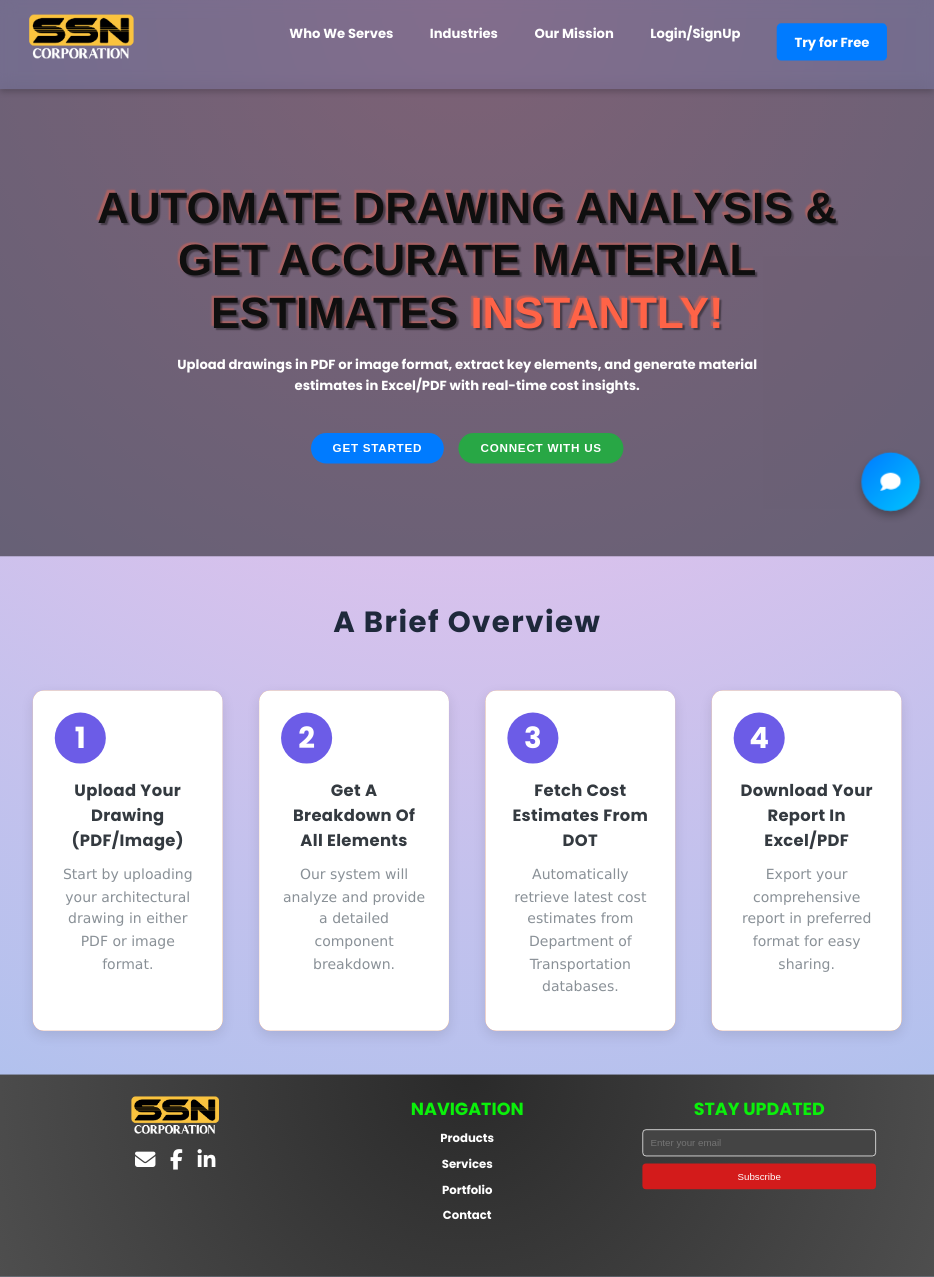
Repository: aabhashbasnet/SSNCorporation
Page: /
These files come from the project's save history. The page is drawn as it stood at one moment and after the next save; the edit follows.
The browser window is 1280 px wide. The pictures show the whole page, at 73% of full size.
The project was rebuilt for these pictures with package versions that can differ from the ones it lists, and the page was loaded fresh each time. Also part of the build but not shown: src/pages/OurMission/OurMission.jsx, src/pages/LoginSignUp/LoginSignUp.css, src/pages/LoginSignUp/LoginSignUp.jsx, src/pages/Industries/Industries.jsx, src/pages/Industries/Landscaping.jsx, src/pages/Industries/Paving.jsx, src/pages/Industries/GeneralConstruction.jsx, src/pages/Industries/FacilitiesMaintenance.jsx and 10 more.

Above is the page before, as saved 2025-02-11 15:09:28.

### src/index.css
/* index.css or App.css */
body {
  margin: 0;
  padding: 0;
  font-family: 'Poppins', sans-serif; /* Optional: Add modern typography */
  /* background: linear-gradient(to bottom, #0a192f, #162447); */
  /* background: linear-gradient(to bottom, #0a192f, #004aad); */
  /* background: radial-gradient(circle at top, #00c6ff, #0072ff, #0a192f);
  background: radial-gradient(circle at top, #ff7e5f, #feb47b, #f4f4f4);
  background: radial-gradient(circle at top, #6a11cb, #2575fc);
  background: radial-gradient(circle at top, #ff416c, #ff4b2b); */
  background: radial-gradient(circle at top, #fbc2eb, #a6c1ee);
  /* color: white; Ensures text is readable */
  min-height: 100vh;
}

### src/App.css
.app-container {
  min-height: 100vh;
  display: flex;
  flex-direction: column;
  background-size: cover;
  background-position: center;
}

### src/components/Main/Main.jsx
import React, { useEffect } from "react";
import { useNavigate } from "react-router-dom";
import "./Main.css";

const Main = () => {
  const navigate = useNavigate();

  const handleGetStartedClick = () => {
    // Open the GetStarted component in a new tab
    const newTab = window.open("", "_blank");
    newTab.location.href = "/get-started";
  };

  useEffect(() => {
    // Adding animation to fade in the content
    const content = document.querySelector(".main-content");
    content.classList.add("fade-in");
  }, []);

  return (
    <div className="main-container">
      <div className="background-image">
        <div className="main-content">
          <h1 className="headline">
            Automate Drawing Analysis & Get Accurate Material Estimates{" "}
            <span className="instant">Instantly!</span>
          </h1>
          <p className="description">
            Upload drawings in PDF or image format, extract key elements, and generate material estimates in Excel/PDF with real-time cost insights.
          </p>

          <div className="button-container">
            <button className="button primary" onClick={handleGetStartedClick}>
              Get Started
            </button>
            <button className="button connect">Connect with Us</button>
          </div>
        </div>
      </div>
    </div>
  );
};

export default Main;

### src/components/Working/Working.jsx
import React from 'react';
import './Working.css';


const Working = () => {
  const steps = [
    {
      number: '1',
      title: 'Upload your drawing (PDF/Image)',
      description: 'Start by uploading your architectural drawing in either PDF or image format.'
    },
    {
      number: '2',
      title: 'Get a breakdown of all elements',
      description: 'Our system will analyze and provide a detailed component breakdown.'
    },
    {
      number: '3',
      title: 'Fetch cost estimates from DOT',
      description: 'Automatically retrieve latest cost estimates from Department of Transportation databases.'
    },
    {
      number: '4',
      title: 'Download your report in Excel/PDF',
      description: 'Export your comprehensive report in preferred format for easy sharing.'
    }
  ];

  return (
    <div className="how-it-works-container">
      <h2 className="section-title">A Brief Overview</h2>
      <div className="steps-container">
        {steps.map((step, index) => (
          <div key={index} className="step-card">
            <div className="step-icon">{step.number}</div>
            <h3 className="step-title">{step.title}</h3>
            <p className="step-description">{step.description}</p>
          </div>
        ))}
      </div>
    </div>
  );
};

export default Working;

### src/components/Footer/Footer.jsx
import React from 'react';
import './Footer.css';
import logo from '../../assets/logo.png';

const Footer = () => {
  return (
    <footer className="footer">
      <div className="footer-content"> {/* Container for better layout control */}
        <div className="footer-section">
          <img src={logo} alt="Company Logo" className="logo" />
          <div className="social-links">
            <a href="mailto:info@ssnbuilders.com" aria-label="Email">
              <i className="fas fa-envelope social-icon"></i>
            </a>
            <a href="https://www.facebook.com" aria-label="Facebook" target="_blank" rel="noopener noreferrer">
              <i className="fab fa-facebook-f social-icon"></i>
            </a>
            <a href="https://www.linkedin.com" aria-label="LinkedIn" target="_blank" rel="noopener noreferrer">
              <i className="fab fa-linkedin-in social-icon"></i>
            </a>
          </div>
        </div>

        <div className="footer-section">
          <h4>Navigation</h4>
          <nav>
            <ul className="footer-nav">
              <li><a href="/products">Products</a></li>
              <li><a href="/services">Services</a></li>
              <li><a href="/portfolio">Portfolio</a></li>
              <li><a href="/contact">Contact</a></li>
            </ul>
          </nav>
        </div>

        <div className="footer-section">
          <h4>Stay Updated</h4>
          <div className="newsletter">
            <input
              type="email"
              placeholder="Enter your email"
              className="email-input"
              aria-label="Email for newsletter"
            />
            <button className="subscribe-button">Subscribe</button>
          </div>
        </div>
      </div> {/* Close footer-content */}
    </footer>
  );
}

export default Footer;

### src/components/Main/Main.css
/* Main content styling */
.main-content {
  padding: 50px 20px;
  text-align: center;
  min-height: calc(100vh - 80px);
  display: flex;
  flex-direction: column;
  justify-content: center;
  align-items: center;
  position: relative;
  z-index: 1;
}

/* Gradient overlay */
.main-content:before {
  content: '';
  position: absolute;
  top: 0;
  left: 0;
  right: 0;
  bottom: 0;
  background: rgba(0, 0, 0, 0.5); /* Dark gradient for readability */

  z-index: -1;
}

/* Headline styling with animated underline */
.headline {
  font-family: 'Helvetica', sans-serif;
  font-size: 60px;
  font-weight: bold;
  color: #0f0f0f;
  margin-bottom: 20px;
  line-height: 1.2;
  text-transform: uppercase;
  display: inline-block;
  position: relative;
  max-width: 90%;
  text-shadow: 2px 2px 6px rgba(0, 0, 0, 0.3), 0 0 25px rgba(255, 99, 71, 0.5);
  text-shadow: 3px 3px 2px rgba(0, 0, 0, 0.4), -3px -3px 2px rgba(255, 99, 71, 0.4);


}

.headline .instant {
  color: #ff6347; /* Tomato color */
}

/* Underline animation effect */
.headline:after {
  content: '';
  position: absolute;
  left: 0;
  bottom: -5px;
  width: 0;
  height: 3px;
  background: #ff6347;
  transition: width 0.3s ease;
}

.headline:hover:after {
  width: 100%;
}

/* Description styling */
.description {
  font-size: 18px;
  font-weight: bold;
  color: white;
  max-width: 800px;
  margin: 0 auto;
  line-height: 1.6;
  margin-bottom: 30px;
}

/* Button container styling */
.button-container {
  display: flex;
  gap: 20px;
  justify-content: center;
  margin-top: 20px;
  flex-wrap: wrap;
  align-items: center;
}

/* Button base styling */
.button {
  padding: 12px 30px;
  font-size: 16px;
  font-weight: bold;
  border: none;
  border-radius: 25px;
  cursor: pointer;
  transition: all 0.3s ease;
  display: inline-block;
  text-transform: uppercase;
  letter-spacing: 1px;
}

/* Default button styling */
.button:hover {
  transform: translateY(-5px);
}

/* "Get Started" button styling */
.button.primary {
  background-color: #007bff;
  color: white;
}

.button.primary:hover {
  background-color: #0056b3;
}

/* "Connect with Us" button styling */
.button.connect {
  background-color: #28a745;
  color: white;
}

.button.connect:hover {
  background-color: #218838;
}

/* Add some responsive styling */
@media (max-width: 768px) {
  .headline {
    font-size: 45px; /* Adjust the headline font size */
  }

  .description {
    font-size: 16px;
    padding: 0 20px;
  }

  .button-container {
    flex-direction: column; /* Stack buttons on mobile */
  }

  .button {
    width: 100%;
    max-width: 300px;
    margin: 10px 0;
  }
}

### src/components/Working/Working.css
/* Working.css */

/* Container for the whole section */
.how-it-works-container {
    padding: 60px 20px;
    /* background-color: #f1f4f9; */
    text-align: center;
  }

  .section-title {
    font-size: 3rem;
    font-weight: bold;
    color: #343a40;
    margin-bottom: 40px;
    /* text-transform: uppercase; */
    letter-spacing: 2px;
    animation: fadeIn 1s ease-out;
  }

  /* Flexbox container for the cards */
  .steps-container {
    display: flex;
    justify-content: center;
    gap: 50px;
    flex-wrap: wrap;
    animation: fadeInUp 1s ease-out;
  }

  /* Individual step cards */
  .step-card {
    background-color: #fff;
    border-radius: 15px;
    box-shadow: 0 6px 18px rgba(0, 0, 0, 0.1);
    padding: 30px;
    width: 260px;
    transition: transform 0.4s ease, box-shadow 0.4s ease;
    cursor: pointer;
    position: relative;
    overflow: hidden;
    text-align: center;
  }

  .step-card:hover {
    transform: translateY(-10px);
    box-shadow: 0 12px 30px rgba(0, 0, 0, 0.15);
  }

  .step-card::before {
    content: "";
    position: absolute;
    top: 50%;
    left: 50%;
    width: 200%;
    height: 200%;
    background: linear-gradient(45deg, #ff6f61, #f79c42, #6c5ce7);
    z-index: -1;
    animation: expand 3s ease-out infinite;
    transform: translate(-50%, -50%);
  }

  /* Step icon circle */
  .step-icon {
    font-size: 2.5rem;
    font-weight: bold;
    color: #fff;
    background-color: #6c5ce7;
    width: 70px;
    height: 70px;
    border-radius: 50%;
    display: flex;
    align-items: center;
    justify-content: center;
    margin-bottom: 20px;
    transition: transform 0.3s ease;
  }

  .step-card:hover .step-icon {
    transform: scale(1.1);
  }

  /* Title style for each step */
  .step-title {
    font-size: 1.4rem;
    font-weight: 600;
    color: #343a40;
    margin-bottom: 15px;
    text-transform: capitalize;
    letter-spacing: 0.5px;
    transition: color 0.3s ease;
  }

  .step-card:hover .step-title {
    color: #6c5ce7;
  }

  /* Description under each title */
  .step-description {
    font-size: 1.2rem;
    font-family: 'Lucida Sans', 'Lucida Sans Regular', 'Lucida Grande', 'Lucida Sans Unicode', Geneva, Verdana, sans-serif;
    font-weight: 500;
    color: #6c757d;
    line-height: 1.6;
    padding-bottom: 15px;
    opacity: 0.8;
    transition: opacity 0.3s ease;
  }

  .step-card:hover .step-description {
    opacity: 1;
    color: #2f353b;
  }

  /* Hover animations for smooth effects */
  @keyframes fadeIn {
    from {
      opacity: 0;
      transform: translateY(-20px);
    }
    to {
      opacity: 1;
      transform: translateY(0);
    }
  }

  @keyframes fadeInUp {
    from {
      opacity: 0;
      transform: translateY(20px);
    }
    to {
      opacity: 1;
      transform: translateY(0);
    }
  }

  @keyframes expand {
    0% {
      transform: translate(-50%, -50%) scale(1);
    }
    50% {
      transform: translate(-50%, -50%) scale(1.2);
    }
    100% {
      transform: translate(-50%, -50%) scale(1);
    }
  }

  /* Mobile responsiveness */
  @media (max-width: 768px) {
    .steps-container {
      flex-direction: column;
      align-items: center;
    }

    .step-card {
      width: 90%;
      margin-bottom: 30px;
    }
  }

### src/components/Footer/Footer.css
.footer {
  background-color: #333;
  background: radial-gradient(circle at top, #2a2a2a, #4e4e4e);
  color: white;
  padding: 30px;
}

.footer-content {
  display: flex;
  flex-wrap: wrap;
  justify-content: space-around;
  max-width: 1200px;
  margin: 0 auto;
  align-items: stretch; /* Ensure all sections stretch evenly */
}

.footer-section {
  flex: 1 1 30%;
  margin-bottom: 2rem; /* Use rem for consistent scaling */
  text-align: center;
}

.logo {
  width: 120px;
  height: auto;
  margin-bottom: 15px;
}

.social-links {
  display: flex;
  justify-content: center;
  gap: 20px;
}

.social-icon {
  font-size: 28px;
  color: white;
  transition: color 0.3s ease;
}

.social-icon:hover {
  transform: scale(1.5);
  color: #ff6347; /* Change hover color to match the button theme */
}

.social-icon:focus {
  outline: 2px solid #ff6347; /* Focus state for better accessibility */
}

.footer-section h4 {
  font-size: 1.5rem; /* Scalable font size */
  font-weight: bold;
  margin-bottom: 10px;
  color: rgb(11, 240, 11);
  text-transform: uppercase;
}

.footer-nav {
  list-style: none;
  padding: 0;
  margin: 0;
}

.footer-nav li {
  margin-bottom: 10px;
}

.footer-nav a {
  font-size: 1rem;
  color: hsl(0, 0%, 100%);
  text-decoration: none;
  transition: color 0.3s ease;
}

.footer-nav a:hover {
  color: #0e76a8;
  transform: translate(5px);
}

.footer-nav a:focus {
  outline: 2px solid #ff6347; /* Focus state for better accessibility */
}

.newsletter {
  display: flex;
  flex-direction: column;
  align-items: center;
}

.email-input {
  padding: 10px;
  border: 1px solid #fff;
  border-radius: 5px;
  width: 80%;
  margin-bottom: 10px;
  background-color: #444;
  color: white;
  transition: background-color 0.3s ease;
}

.email-input:focus {
  background-color: #555; /* Lighter background when focused */
}

.subscribe-button {
  padding: 10px 20px;
  background-color: #d31b1b;
  color: white;
  border: none;
  border-radius: 5px;
  cursor: pointer;
  transition: all 0.3s ease;
  width: 80%;
}

.subscribe-button:hover {
  background-color: #b91b1b;
  transform: scale(1.05); /* Slightly enlarge on hover */
}

@media screen and (max-width: 768px) {
  .footer-section {
    flex: 1 1 100%; /* Full width on mobile */
    margin-bottom: 20px;
  }

  .newsletter {
    flex-direction: column;
    align-items: center;
  }

  .email-input,
  .subscribe-button {
    width: 100%; /* Full width input and button */
  }

  .footer-nav li {
    margin-bottom: 5px; /* Reduce margin between links */
  }

  .social-icon {
    font-size: 24px; /* Smaller social icons on mobile */
  }
}

### src/pages/Industries/Industries.css
/* Import Poppins font */
@import url('https://fonts.googleapis.com/css2?family=Poppins:wght@700&display=swap');

.industries-container {
  padding: 5rem 1rem;
}

.industries-title {
  font-family: Arial, Helvetica, sans-serif;
  text-align: center;
  font-size: 2.9rem;
  color: #1f2937;
  margin-bottom: 1rem;
  font-weight: 1000;
}

.industries-subtitle {
  text-align: center;
  color: #4b5563;
  font-size: 1.125rem;
  max-width: 800px;
  margin: 0 auto 3rem;
  line-height: 1.6;
}

.industries-grid {
  display: grid;
  gap: 2rem;
  grid-template-columns: 1fr;
}

.industry-card {
  background: white;
  padding: 2.5rem;
  border-radius: 1rem;
  box-shadow: 0 4px 6px -1px rgba(0, 0, 0, 0.1);
  transition: transform 0.3s ease, box-shadow 0.3s ease;
}

.industry-card:hover {
  transform: translateY(-5px);
  box-shadow: 0 10px 15px -3px rgba(0, 0, 0, 0.1);
}

.icon-container {
  width: 60px;
  height: 60px;
  border-radius: 50%;
  display: flex;
  align-items: center;
  justify-content: center;
  margin-bottom: 1.5rem;
}

.industry-icon {
  font-size: 2.5rem;
  color: white;
}

.industry-title {
  color: #1f2937;
  font-size: 1.5rem;
  margin: 1.5rem 0 1rem;
  font-weight: 600;
}

.industry-description {
  color: #4b5563;
  line-height: 1.6;
  margin-bottom: 1.5rem;
}

.learn-more-btn {
  color: #3b82f6;
  text-decoration: none;
  font-weight: 500;
  display: inline-flex;
  align-items: center;
  gap: 0.5rem;
  transition: color 0.3s ease;
}

.learn-more-btn:hover {
  color: #2563eb;
}

@media (min-width: 768px) {
  .industries-grid {
    grid-template-columns: repeat(2, 1fr);
  }
}

@media (min-width: 1024px) {
  .industries-grid {
    grid-template-columns: repeat(4, 1fr);
  }

  .industries-title {
    font-size: 3rem;
  }

  .industries-subtitle {
    font-size: 1.25rem;
  }
}

### src/pages/Industries/FacilitiesMaintainance.css
/* Reset and base styles */
* {
  margin: 0;
  padding: 0;
  box-sizing: border-box;
}

body {
  background-color: #f5f7fa;
}

/* General section styling */
section {
  padding: 4rem 2rem;
  max-width: 1200px;
  margin: 0 auto;
}

/* Overview section */
.overview-section {
  display: flex;
  gap: 3rem;
  align-items: center;
  min-height: 80vh;
  background: linear-gradient(135deg, #e8f4fd 0%, #f5f7fa 100%);
  border-radius: 20px;
  margin: 2rem auto;
}

.overview-text {
  flex: 1;
}

.overview-text h1 {
  font-size: 3rem;
  margin-bottom: 1.5rem;
  color: #2c3e50;
  line-height: 1.2;
  font-weight: 700;
}

.overview-text p {
  font-size: 1.1rem;
  line-height: 1.6;
  color: #5a6c7d;
  margin-bottom: 1.5rem;
}

.overview-image {
  flex: 1;
  position: relative;
}

.overview-image img {
  width: 100%;
  height: auto;
  border-radius: 15px;
  box-shadow: 0 20px 40px rgba(0, 0, 0, 0.1);
}

/* Features and Benefits section */
.features-benefits {
  background: linear-gradient(135deg, #f5f7fa 0%, #e8f4fd 100%);
  text-align: center;
  padding: 5rem 2rem;
  border-radius: 20px;
  margin: 2rem auto;
}

.features-benefits h2 {
  font-size: 2.5rem;
  color: #2c3e50;
  margin-bottom: 3rem;
  font-weight: 700;
}

.feature-card {
  background: rgba(255, 255, 255, 0.9);
  padding: 2rem;
  border-radius: 10px;
  box-shadow: 0 10px 20px rgba(0, 0, 0, 0.05);
  transition: transform 0.3s ease;
  text-align: center;
}

.feature-card:hover {
  transform: translateY(-5px);
  background: rgba(255, 255, 255, 0.95);
  box-shadow: 0 15px 30px rgba(0, 0, 0, 0.1);
}

.feature-card i {
  font-size: 2.5rem;
  margin-bottom: 1rem;
}

.feature-card h3 {
  font-size: 1.5rem;
  color: #2c3e50;
  margin-bottom: 1rem;
  font-weight: 600;
}

.feature-card p {
  color: #5a6c7d;
  line-height: 1.5;
}

/* CTA section */
.cta-section {
  text-align: center;
  background: linear-gradient(135deg, #3498db, #2980b9);
  color: white;
  border-radius: 15px;
  margin: 2rem auto;
  padding: 4rem 2rem;
  box-shadow: 0 15px 30px rgba(41, 128, 185, 0.2);
}

.cta-section h2 {
  font-size: 2.5rem;
  margin-bottom: 1.5rem;
  font-weight: 700;
}

.cta-section p {
  font-size: 1.2rem;
  margin-bottom: 2rem;
  max-width: 600px;
  margin-left: auto;
  margin-right: auto;
  line-height: 1.6;
}

.cta-button {
  display: inline-block;
  padding: 1rem 2rem;
  font-size: 1.2rem;
  font-weight: 600;
  text-decoration: none;
  color: white;
  background: linear-gradient(135deg, #28a745, #218838);
  border-radius: 30px;
  transition: all 0.3s ease;
  cursor: pointer;
  border: 2px solid transparent;
  box-shadow: 0 4px 15px rgba(40, 167, 69, 0.2);
}

.cta-button:hover {
  transform: scale(1.05);
  box-shadow: 0 6px 20px rgba(40, 167, 69, 0.3);
  background: linear-gradient(135deg, #218838, #28a745);
  color: white;
  border-color: rgba(255, 255, 255, 0.2);
}

/* Responsive Design */
@media (max-width: 1024px) {
  .features-grid {
      grid-template-columns: repeat(2, 1fr);
  }
}

@media (max-width: 768px) {
  .overview-section {
      flex-direction: column;
      text-align: center;
  }

  .overview-text h1 {
      font-size: 2.5rem;
  }

  .features-grid {
      grid-template-columns: 1fr;
  }

  .cta-section h2 {
      font-size: 2rem;
  }
}

@media (max-width: 480px) {
  section {
      padding: 2rem 1rem;
  }

  .overview-text h1 {
      font-size: 2rem;
  }

  .features-benefits h2 {
      font-size: 2rem;
  }

  .feature-card {
      margin: 0;
  }

  .cta-button {
      width: 90%;
      max-width: 300px;
  }
}

Loaded but not shown: public/index.html (common file); src/index.js (common file); src/reportWebVitals.js (common file); src/App.js (63 lines, source omitted); src/components/FloatingChatButton/FloatingChatButton.jsx (177 lines, source omitted); src/components/FloatingChatButton/FloatingChatButton.css (285 lines, source omitted); src/components/Navbar/Navbar.jsx (138 lines, source omitted); src/components/Navbar/Navbar.css (231 lines, source omitted); src/pages/Industries/Paving.css (214 lines, source omitted); src/pages/Industries/Landscaping.css (213 lines, source omitted); src/pages/OurMission/OurMission.css (228 lines, source omitted); src/pages/Industries/GeneralConstruction.css (205 lines, source omitted)

After the next save:
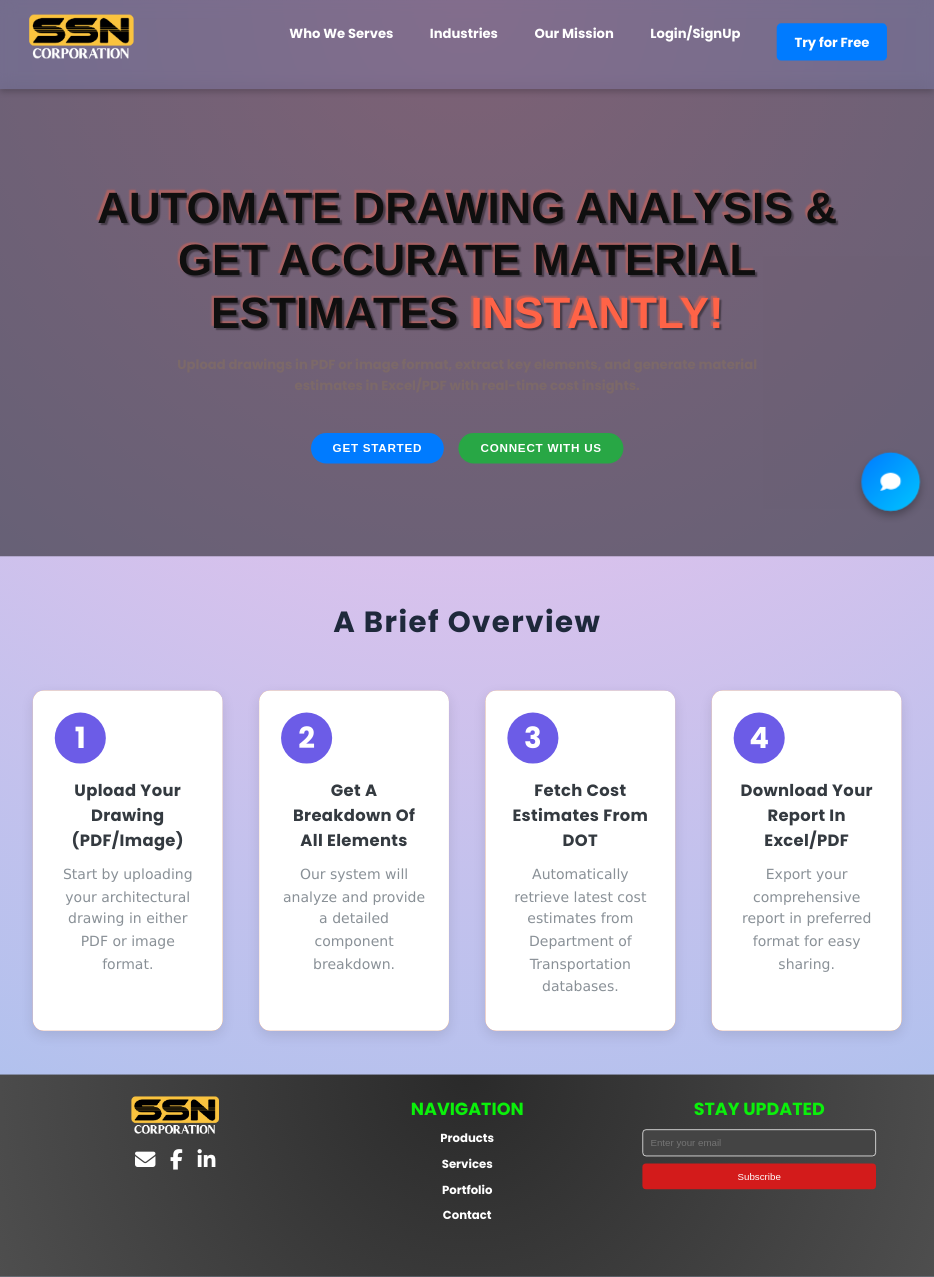
Saved 42 min 21 s later.
--- a/src/components/Main/Main.css
+++ b/src/components/Main/Main.css
@@ -66,7 +66,7 @@
 .description {
   font-size: 18px;
   font-weight: bold;
-  color: white;
+  color: rgb(124, 105, 105);
   max-width: 800px;
   margin: 0 auto;
   line-height: 1.6;
